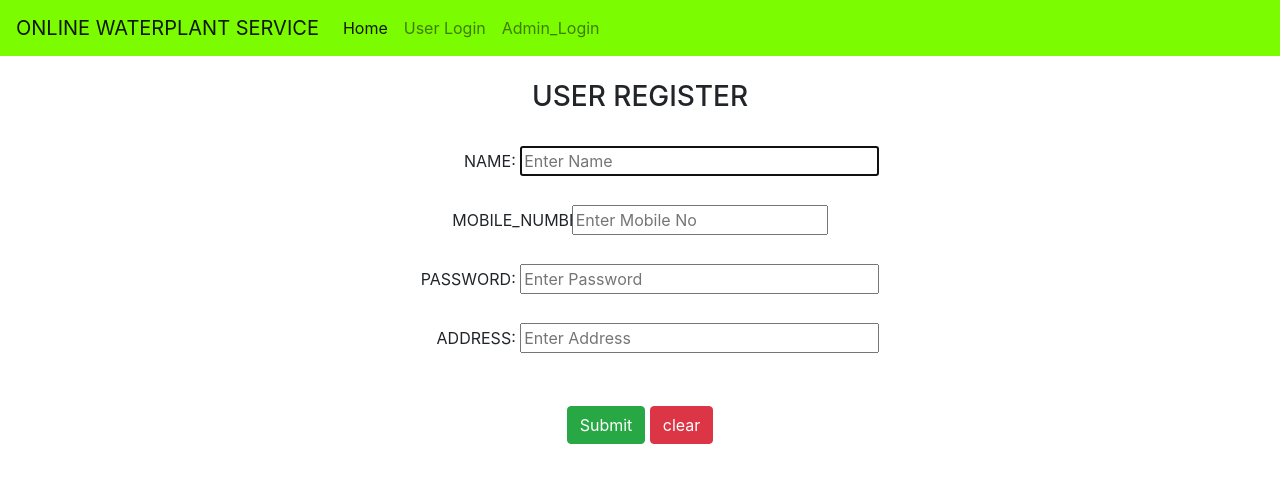
Repository: SHARMILAG97/WebApplication
Page: http://localhost/waterplant_web/userregister.jsp
These files come from the project's save history. The page is drawn as it stood at one moment and after the next save; the edit follows.
The browser window is 1280 px wide. The pictures show the whole page.
The page is served by Tomcat 9. Other server files are loaded and not shown.

Above is the page before, as saved 2019-09-18 09:32:03.
Console error: TypeError: Cannot read properties of undefined (reading 'fn')

### waterplant_web/src/main/webapp/userregister.jsp
<%@ page language="java" contentType="text/html; charset=ISO-8859-1"
    pageEncoding="ISO-8859-1"%>
<!DOCTYPE html>
<html>
<head>
<meta charset="ISO-8859-1">
<title>UserRegister</title>
<link rel="stylesheet" href="css/bootstrap.min.css">
<script src="js/bootstrap.min.js"></script>
<script src="js/jquery-3.4.1.min.js"></script>


<style type="text/css">
   label{
  width: 115px;
  display: inline-block;
  text-align: right;
   }
</style>



</head>


<body style="text-align:center">

<jsp:include page="headers.jsp"></jsp:include>
<%
String message = request.getParameter("message");
if (message != null){
	out.println("<font color='red'>" + message + "</font>");
}
%>

<script>

function register() {
    //alert('register');
    event.preventDefault();
    var name = document.getElementById("name").value;
    var mobileno = document.getElementById("mobileno").value;
    var password = document.getElementById("password").value;
    var address = document.getElementById("address").value;
    var formData = "name="+name+ "&mobileno=" + mobileno + "&password=" + password+ "&address="+address;
    console.log(formData);

    var url = "http://localhost:8080/waterplant_web/RegisterServlet?" + formData;
    console.log(url);
    var formData = {};
    $.get(url, function(response) {
        console.log(response);
        alert(response);
        var msg=JSON.parse(response);
       // alert(msg.errorMessage);
        if (msg.errorMessage!=null) {
            alert("Invalid Values");
            window.location.href = "userregister.jsp";
        } else {
            alert("successful Register");
            window.location.href = "userlogin.jsp";
        }
    });
}


</script>
</br><h3>USER REGISTER</h3></br>

<form onsubmit="register()">
<label>NAME:</label>
<input type="text" name="name" id="name" size=30 placeholder="Enter Name" required autofocus/>
<br/></br>

<label>MOBILE_NUMBER:</label>
<input type="number" name="mobileno" id="mobileno" size=30 placeholder="Enter Mobile No" required />
<br/></br>

<label>PASSWORD:</label>
<!--<input type="password" name="password" id="password" placeholder="Enter Password" required />  -->
<input type="password" name="password" id="password" size=30 placeholder="Enter Password" required
 pattern="(?=.*\d)(?=.*[a-z])(?=.*[A-Z]).{8,}"
 title="Must contain at least one number and one uppercase and lowercase letter, and at least 8 or more characters required "/>
<br/></br>
<label>ADDRESS:</label>
<input type="text" name="address" id="address" size=30 placeholder="Enter Address" required />
<br/></br></br>
<input type="submit" value="Submit" class="btn btn-success">
<button type="reset" class="btn btn-danger" value="clear">clear</button>
</form>

</body>
</html>

### waterplant_web/src/main/webapp/headers.jsp

<nav class="navbar navbar-expand-md navbar-light" style="background-color: #7CFC00;">
 <a class="navbar-brand" href="index.jsp">ONLINE WATERPLANT SERVICE</a>
 <button class="navbar-toggler" type="button" data-toggle="collapse" data-target="#navbarCollapse" aria-controls="navbarCollapse" aria-expanded="false" aria-label="Toggle navigation">
   <span class="navbar-toggler-icon"></span>
 </button>
 <div class="collapse navbar-collapse" id="navbarCollapse">
   <ul class="navbar-nav mr-auto">
     <li class="nav-item active">
       <a class="nav-link" href="index.jsp">Home</a>
     </li>

     <li class="nav-item">
       <a class="nav-link " href="userlogin.jsp">User Login</a>
     </li>
     <li class="nav-item">
       <a class="nav-link " href="adminlogin.jsp">Admin_Login</a>
     </li>


   </ul>
 <!--   <form class="form-inline mt-2 mt-md-0">
   <input class="form-control mr-sm-2" type="text" placeholder="Search" aria-label="Search">
     <button class="btn btn-outline-success my-2 my-sm-0" type="submit">Search</button>
   </form>-->
 </div>
</nav>

Loaded but not shown: waterplant_web/src/main/webapp/css/bootstrap.min.css (library); waterplant_web/src/main/webapp/js/bootstrap.min.js (library); waterplant_web/src/main/webapp/js/jquery-3.4.1.min.js (library)

After the next save:
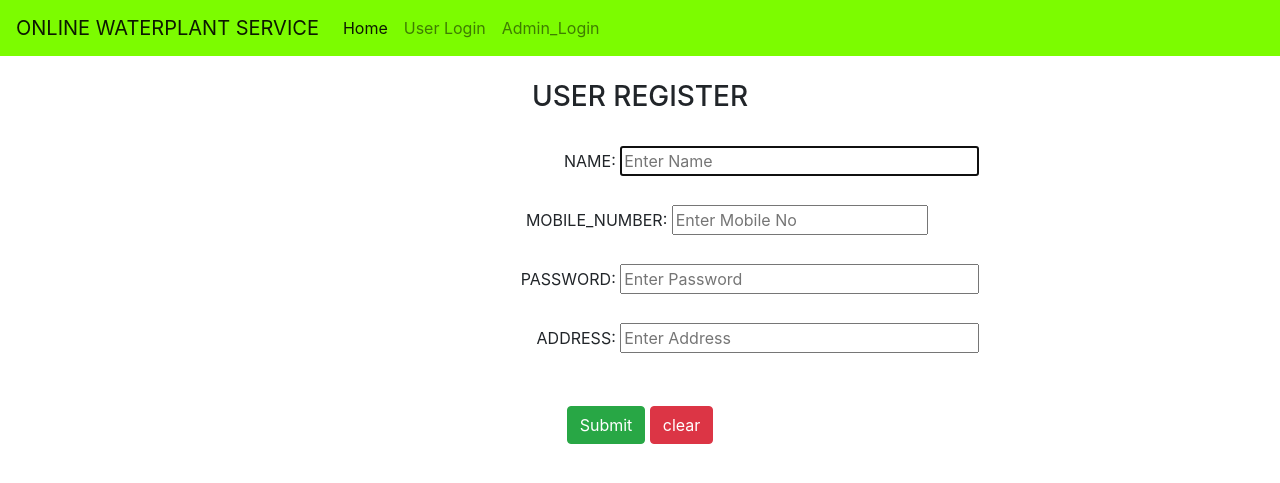
Saved 11 s later.
--- a/waterplant_web/src/main/webapp/userregister.jsp
+++ b/waterplant_web/src/main/webapp/userregister.jsp
@@ -12,7 +12,7 @@
 
 <style type="text/css">
    label{
-  width: 115px;
+  width: 315px;
   display: inline-block;
   text-align: right;
    }
